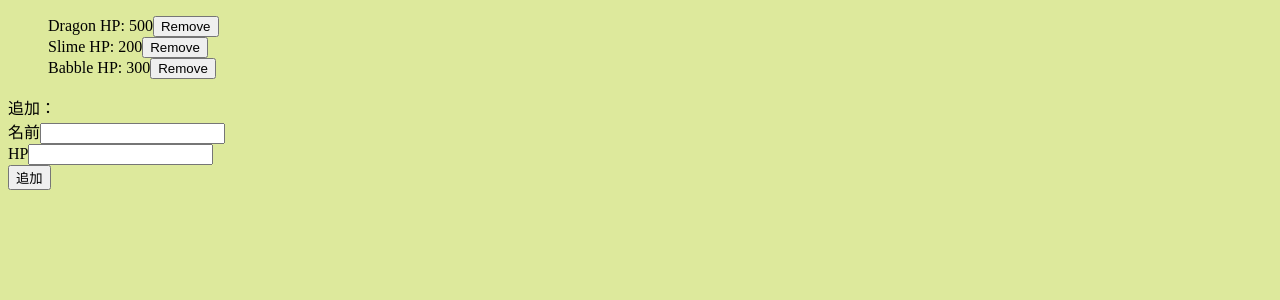
Repository: minoto9/vue_tutorial
Page: sampler/index.html
These files come from the project's save history. The page is drawn as it stood at one moment and after the next save; the edit follows.
The browser window is 1280 px wide. The pictures show the whole page.

Above is the page before, as saved 2019-07-10 21:20:49.

After the next save:
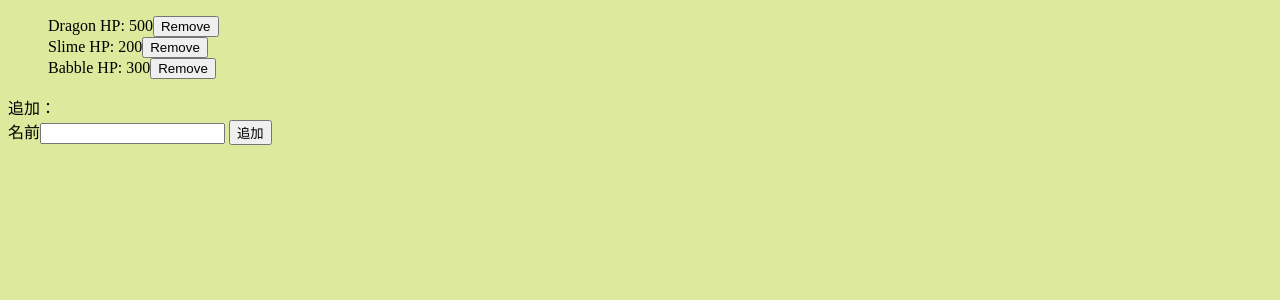
Saved 7 s later.
--- a/sampler/index.html
+++ b/sampler/index.html
@@ -21,8 +21,7 @@
             </tr>
         </table> -->
         追加：<br>
-        名前<input v-model="name"><br>
-        HP<input v-model="hp"><br>
+        名前<input v-model="name">
         <button v-on:click="doAdd">追加</button>
     </div>
     <script src="./main.js"></script>

After the 3 saves that followed:
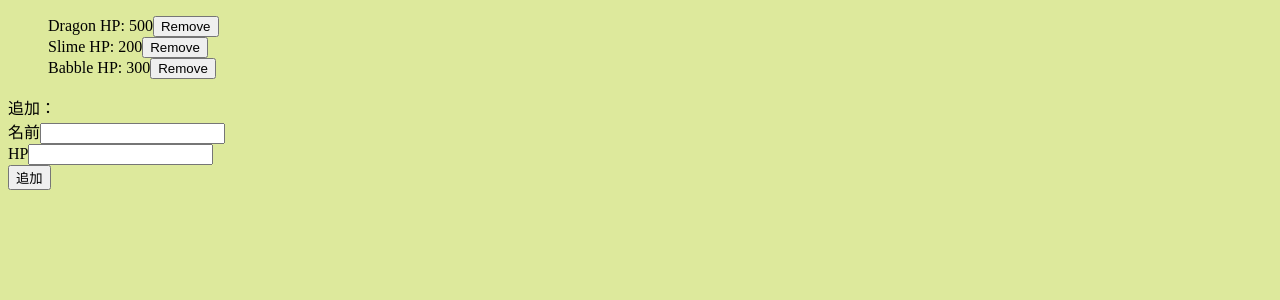
The 3 saves are shown as one change because 2 left the picture as it was.
The last was saved 55 s later.
--- a/sampler/index.html
+++ b/sampler/index.html
@@ -21,7 +21,8 @@
             </tr>
         </table> -->
         追加：<br>
-        名前<input v-model="name">
+        名前<input v-model="name"><br>
+        HP<input v-model="hp"><br>
         <button v-on:click="doAdd">追加</button>
     </div>
     <script src="./main.js"></script>
--- a/sampler/main.js
+++ b/sampler/main.js
@@ -1,6 +1,8 @@
 new Vue({
     el: '#app',
     data: {
+        name: '',
+        hp: '',
         list: [
             {id: 1, name: "Dragon", hp: 500},
             {id: 2, name: "Slime", hp: 200},
